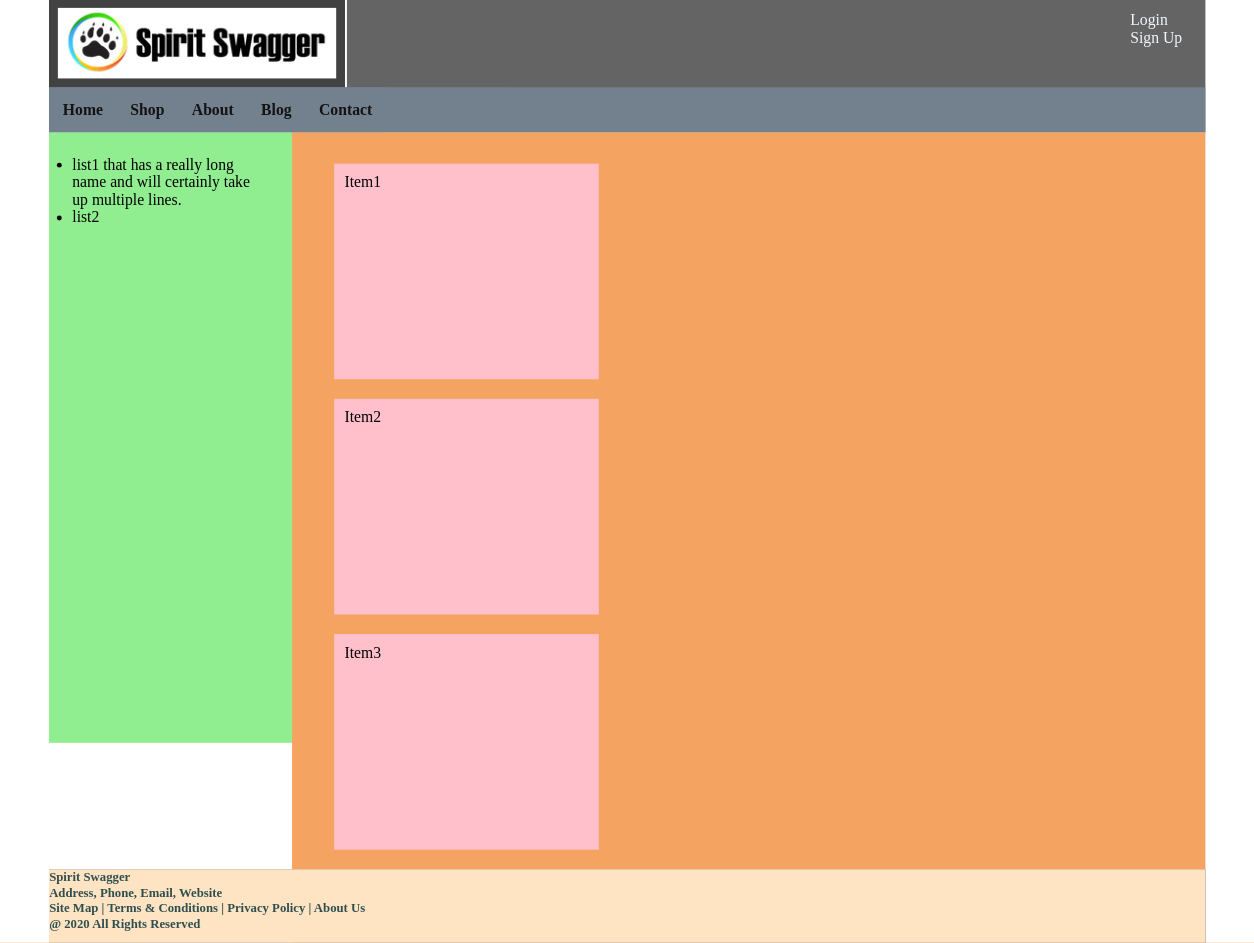
Repository: Kdewitt2/swaggersite
Page: http://localhost/shop/
An editor plug-in stored every save of this project. The page is shown before and after the next save, followed by the edit.
The browser window is 1280 px wide. The pictures show the whole page, at 98% of full size.
An inner scrolling area shows only its first screen. The page is served by the project's application, run on Django 3.2 (manage.py).

Above is the page before, as saved 2020-10-25 11:12:07.

After the next save:
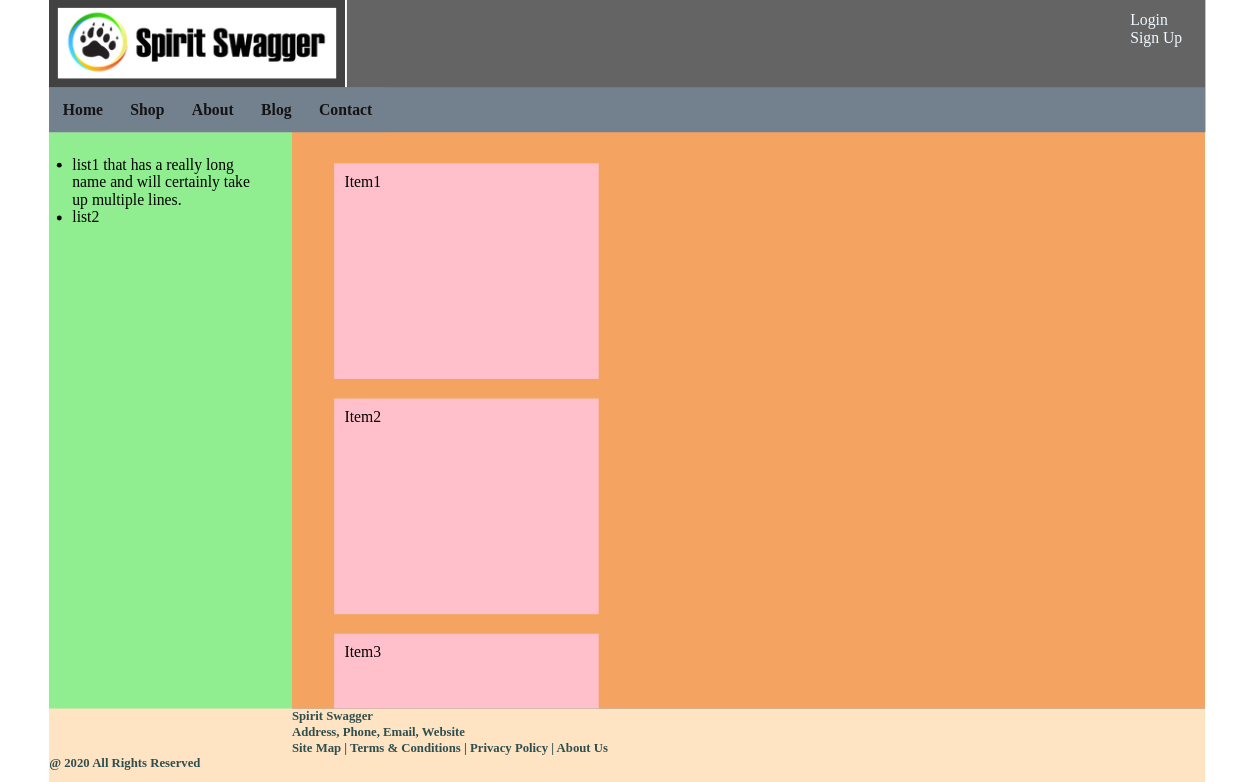
Saved 9 s later.
--- a/shop/static/shop/style.css
+++ b/shop/static/shop/style.css
@@ -113,6 +113,13 @@ footer a:hover {
 }
 
 /************************/
+/******Row Container*****/
+/************************/
+.rowblock {
+    height: 200px;
+    width: 800px;
+}
+/************************/
 /*****Item Container*****/
 /************************/
 .itemblock {
